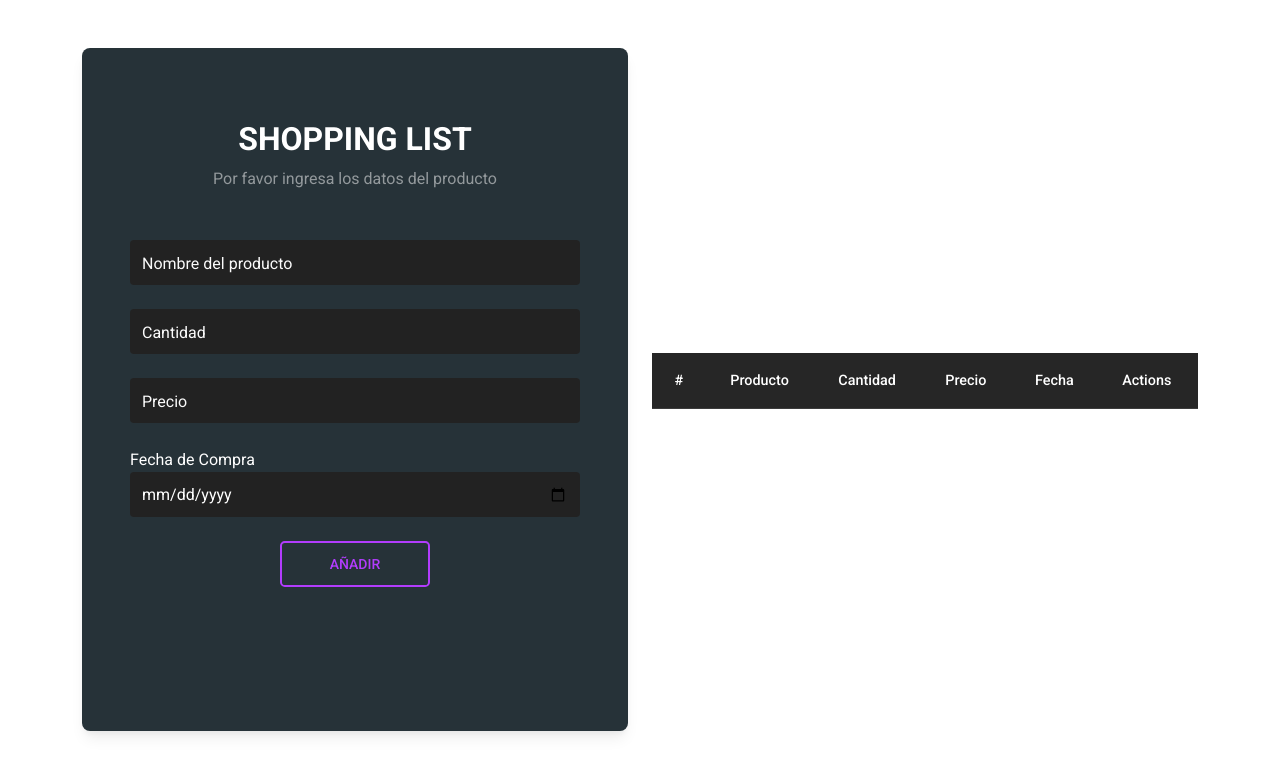
Repository: JsSousa/crudJs
Page: index.html
The author's editor kept a copy of each file at every save. The page is drawn from the files as they stood at one save, then again after the next save.
The browser window is 1280 px wide. The pictures show the whole page.
Some web libraries are served in a nearby version.

Above is the page before, as saved 2021-10-11 21:24:51.

### index.html
<!DOCTYPE html>
<html lang="en">

<head>
    <meta charset="UTF-8">
    <meta http-equiv="X-UA-Compatible" content="IE=edge">
    <meta name="viewport" content="width=device-width, initial-scale=1.0">
    <title>Document</title>

    <!-- Font Awesome -->
    <link href="https://cdnjs.cloudflare.com/ajax/libs/font-awesome/5.15.1/css/all.min.css" rel="stylesheet" />
    <!-- Google Fonts -->
    <link href="https://fonts.googleapis.com/css?family=Roboto:300,400,500,700&display=swap" rel="stylesheet" />
    <!-- MDB -->
    <link href="https://cdnjs.cloudflare.com/ajax/libs/mdb-ui-kit/3.6.0/mdb.min.css" rel="stylesheet" />

    <link rel="stylesheet" href="css/css.css">
</head>

<body>


    <section class=" gradient-custom">
        <div class="container py-5 ">
            <div class="row d-flex justify-content-center align-items-center ">
                <div class="col-6 col-md-6 col-lg-6">
                    <div class="card  text-white" style="background-color: #263238">
                        <form class="card-body p-5 text-center" id="formProduct" name="formProduct">

                            <div class="mb-md-5 mt-md-4 pb-5">

                                <h2 class="fw-bold mb-2 text-uppercase">Shopping List</h2>
                                <p class="text-white-50 mb-5">Por favor ingresa los datos del producto</p>

                                <div class="form-outline form-white mb-4">
                                    <input type="text" id="productName" name="productName" class="form-control form-control-lg" />
                                    <label class="form-label" for="productName">Nombre del producto</label>
                                </div>

                                <div class="form-outline form-white mb-4">
                                    <input type="text" id="productQuantity" name="productQuantity" class="form-control form-control-lg" />
                                    <label class="form-label" for="productQuantity">Cantidad</label>
                                </div>

                                <div class="form-outline form-white mb-4">
                                    <input type="text" id="productPrice" name="productPrice" class="form-control form-control-lg" />
                                    <label class="form-label" for="productPrice">Precio</label>
                                </div>

                                <div class="form-outline form-white mb-4 text-start">
                                    <label for="boughtAt">Fecha de Compra</label>
                                    <input type="date" id="boughtAt" name="boughtAt" class="form-control form-control-lg" />
                                </div>

                                <button class="btn btn-outline-secondary btn-lg px-5" type="submit">Añadir</button>

                            </div>


                        </form>
                    </div>
                </div>
                <div class="col-6 col-md-6 col-lg-6">
                    <form name="formTable">
                        <table class="table table-striped table-hover">
                            <thead class="table-dark">
                                <tr>
                                    <th>#</th>
                                    <th>Producto</th>
                                    <th>Cantidad</th>
                                    <th>Precio</th>
                                    <th>Fecha</th>
                                    <th>Actions</th>
                                </tr>
                            </thead>
                            <tbody id="productsList">
                            </tbody>
                        </table>
                    </form>
                </div>
            </div>
        </div>
    </section>

    <section>
        <div class="container">
            <div class="row">

            </div>
        </div>
    </section>
    <script src="js/app.js"></script>
    <!-- <script src="js/index.js"></script>
    <script src="js/crud.js"></script> -->
</body>

</html>

### css/css.css
.form-outline.form-white .form-control {
    background-color: #222;
}

i {
    cursor: pointer;
}

### js/app.js
// Variables Globales
const formularioUI = document.getElementById('formProduct');
const productsListUI = document.getElementById('productsList');

let arrayProducts = [];

// Funciones
const CreateProduct = (formulario) => {

    console.log(formulario);

    let product = {
        name: formulario.name,
        quantity: formulario.quantity,
        price: formulario.price,
        boughtAt: formulario.boughtAt
    }

    arrayProducts.push(product);
    return product;
}

const SaveDB = () => {
    localStorage.setItem('Productos', JSON.stringify(arrayProducts));

    DrawDB();
}

const DrawDB = () => {
    productsListUI.innerHTML = '';
    arrayProducts = JSON.parse(localStorage.getItem('Productos'));

    if (arrayProducts === null) {
        arrayProducts = [];
    } else {
        arrayProducts.forEach(element => {
            productsListUI.innerHTML += `<tr>
            <td>${i+1}</td>
            <td>${element.name}</td>
            <td>${element.quantity}</td>
            <td>${element.price}</td>
            <td>${element.boughtAt}</td>
            <td class="colActions">

            <button type="button" id="btnEdit${i}" name="btn-edit" class="btn btn-primary btn-sm"><i class="fa fa-edit text-ligth" aria-hidden="true"></i></button>
            <button type="button" id="btnDelete${i}" name="btn-delete" class="btn btn-danger btn-sm"><i class="fa fa-trash text-ligth" aria-hidden="true"></i></button>
            </td>
        </tr>`
        });
    }
}

// EventListener

formularioUI.addEventListener('submit', (e) => {
    e.preventDefault();
    let productUI = {
        name: document.getElementById('productName').value,
        quantity: document.getElementById('productQuantity').value,
        price: document.getElementById('productPrice').value,
        boughtAt: document.getElementById('boughtAt').value
    }

    CreateProduct(productUI);
    SaveDB();

    formularioUI.reset();
})

After the next save:
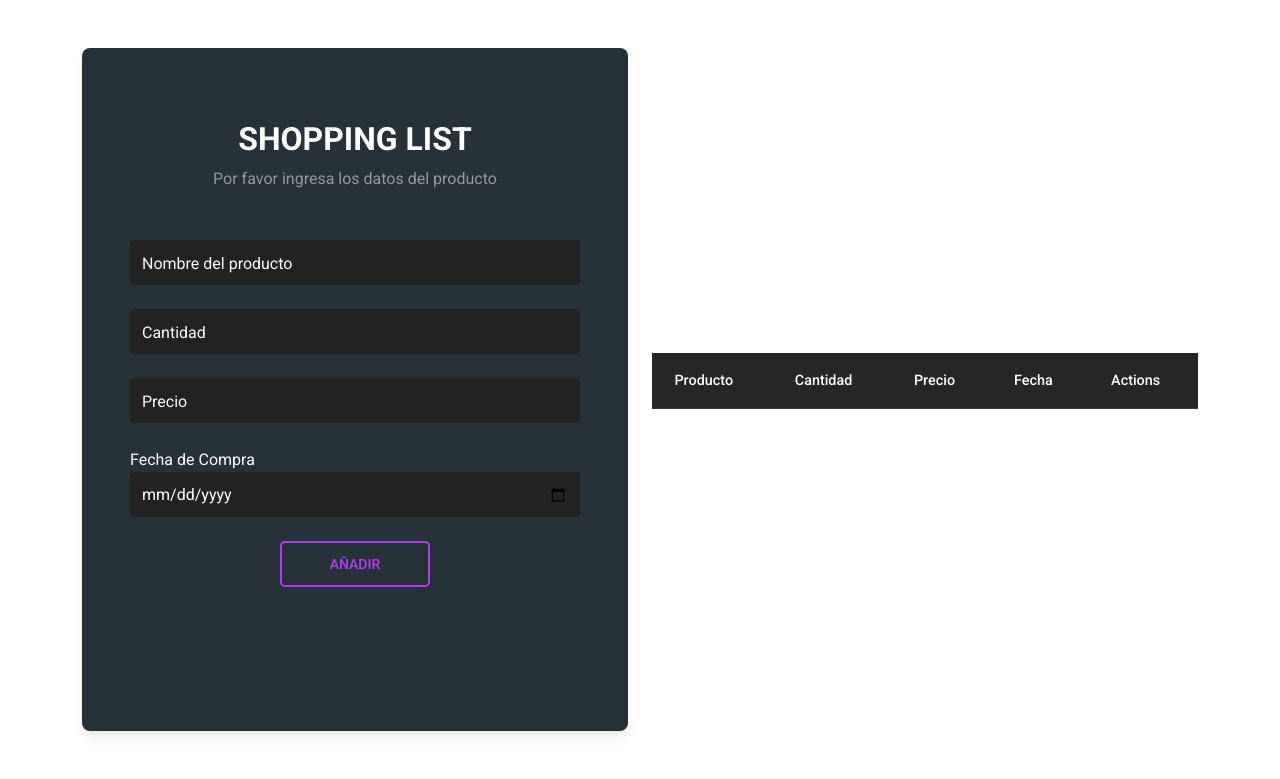
Saved 76 s later.
--- a/index.html
+++ b/index.html
@@ -65,7 +65,6 @@
                         <table class="table table-striped table-hover">
                             <thead class="table-dark">
                                 <tr>
-                                    <th>#</th>
                                     <th>Producto</th>
                                     <th>Cantidad</th>
                                     <th>Precio</th>
